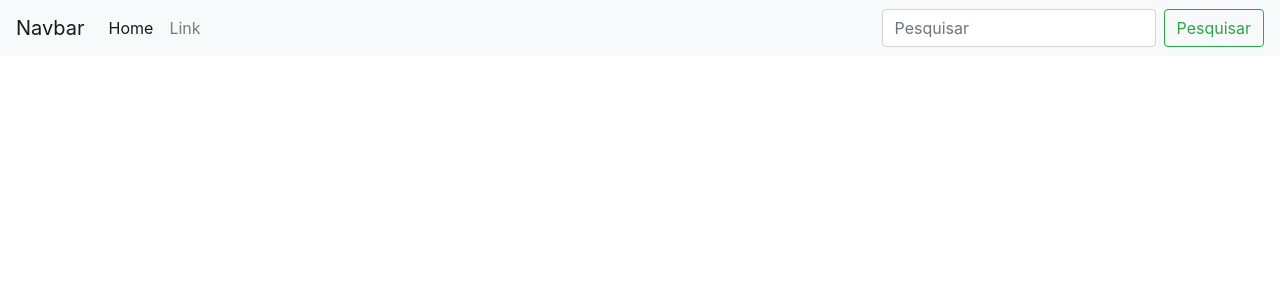
Repository: SolanoBarcelos/AtvPratMod4
Page: CrudJAVA/AtvPratMod4/src/main/webapp/index.html
These files come from the project's save history. The page is drawn as it stood at one moment and after the next save; the edit follows.
The browser window is 1280 px wide. The pictures show the whole page.

Above is the page before, as saved 2022-02-13 19:32:26.

### CrudJAVA/AtvPratMod4/src/main/webapp/index.html
<!DOCTYPE html>
<html>
<head>
<meta charset="ISO-8859-1">
<title>CRUD JAVA - Cadastro de Destino | Home</title>
<link rel="stylesheet" href="https://stackpath.bootstrapcdn.com/bootstrap/4.1.3/css/bootstrap.min.css" integrity="sha384-MCw98/SFnGE8fJT3GXwEOngsV7Zt27NXFoaoApmYm81iuXoPkFOJwJ8ERdknLPMO" crossorigin="anonymous">
<script src="https://code.jquery.com/jquery-3.3.1.slim.min.js" integrity="sha384-q8i/X+965DzO0rT7abK41JStQIAqVgRVzpbzo5smXKp4YfRvH+8abtTE1Pi6jizo" crossorigin="anonymous"></script>
<script src="https://cdnjs.cloudflare.com/ajax/libs/popper.js/1.14.3/umd/popper.min.js" integrity="sha384-ZMP7rVo3mIykV+2+9J3UJ46jBk0WLaUAdn689aCwoqbBJiSnjAK/l8WvCWPIPm49" crossorigin="anonymous"></script>
<script src="https://stackpath.bootstrapcdn.com/bootstrap/4.1.3/js/bootstrap.min.js" integrity="sha384-ChfqqxuZUCnJSK3+MXmPNIyE6ZbWh2IMqE241rYiqJxyMiZ6OW/JmZQ5stwEULTy" crossorigin="anonymous"></script>
</head>
<body>

<nav class="navbar navbar-expand-lg navbar-light bg-light">
  <a class="navbar-brand" href="#">Navbar</a>
  <button class="navbar-toggler" type="button" data-toggle="collapse" data-target="#conteudoNavbarSuportado" aria-controls="conteudoNavbarSuportado" aria-expanded="false" aria-label="Alterna navegação">
    <span class="navbar-toggler-icon"></span>
  </button>

  <div class="collapse navbar-collapse" id="conteudoNavbarSuportado">
    <ul class="navbar-nav mr-auto">
      <li class="nav-item active">
        <a class="nav-link" href="#">Home <span class="sr-only">(página atual)</span></a>
      </li>
      <li class="nav-item">
        <a class="nav-link" href="#">Link</a>
      </li>
    </ul>
    <form class="form-inline my-2 my-lg-0">
      <input class="form-control mr-sm-2" type="search" placeholder="Pesquisar" aria-label="Pesquisar">
      <button class="btn btn-outline-success my-2 my-sm-0" type="submit">Pesquisar</button>
    </form>
  </div>
</nav>

</body>
</html>

After the next save:
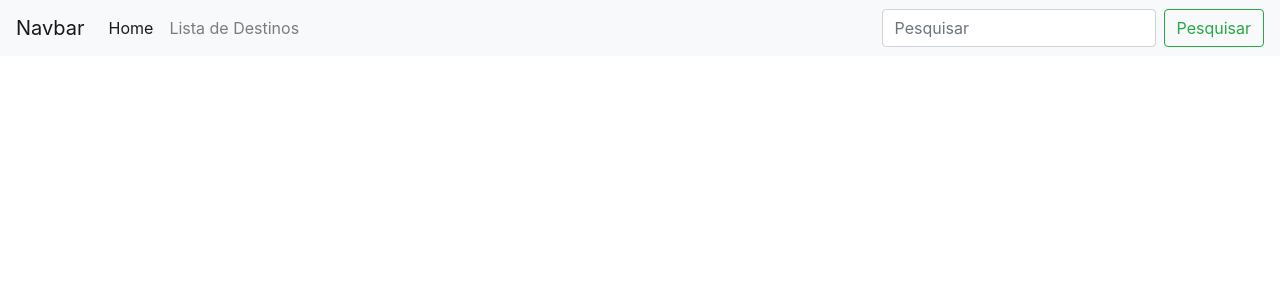
Saved 4 min 23 s later.
--- a/CrudJAVA/AtvPratMod4/src/main/webapp/index.html
+++ b/CrudJAVA/AtvPratMod4/src/main/webapp/index.html
@@ -19,10 +19,10 @@
   <div class="collapse navbar-collapse" id="conteudoNavbarSuportado">
     <ul class="navbar-nav mr-auto">
       <li class="nav-item active">
-        <a class="nav-link" href="#">Home <span class="sr-only">(página atual)</span></a>
+        <a class="nav-link" href="index.html">Home <span class="sr-only">(página atual)</span></a>
       </li>
       <li class="nav-item">
-        <a class="nav-link" href="#">Link</a>
+        <a class="nav-link" href="#">Lista de Destinos</a>
       </li>
     </ul>
     <form class="form-inline my-2 my-lg-0">
